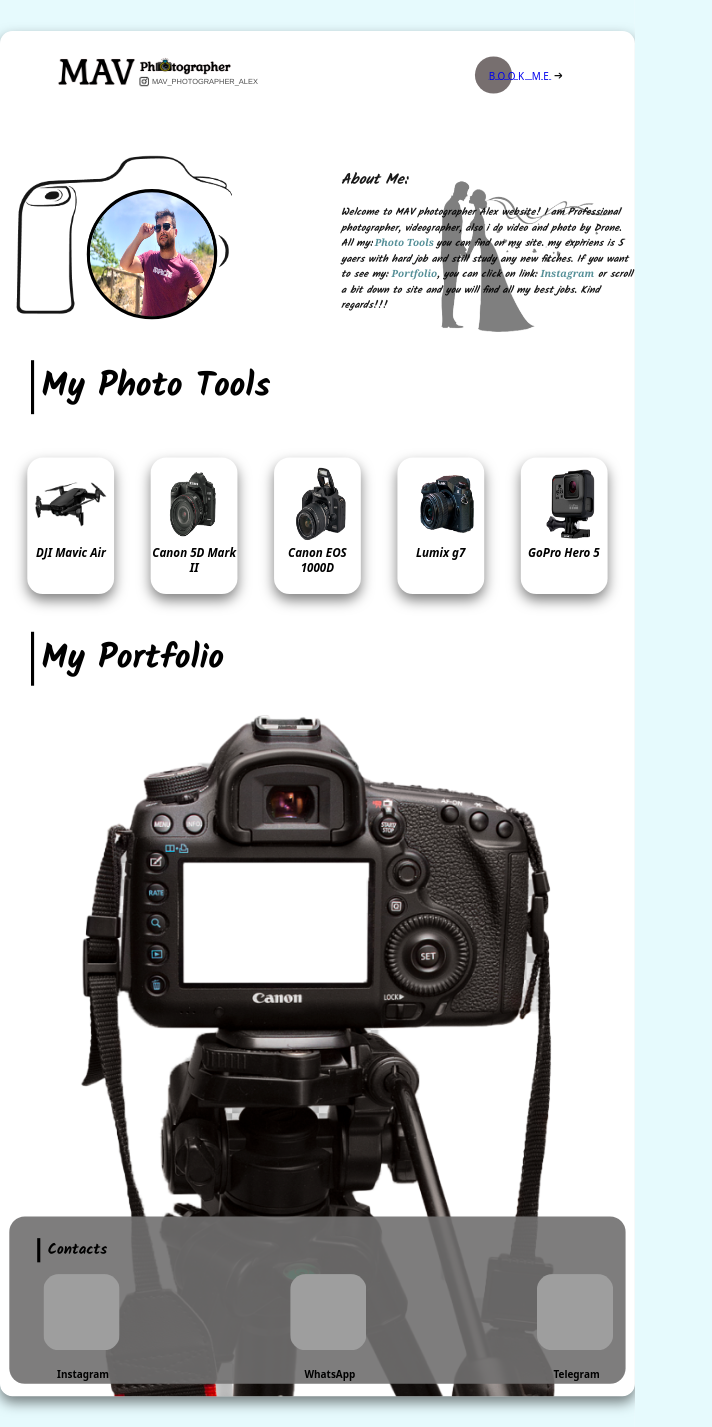
Repository: Dekabrist94/MAV
Page: /
The author's editor kept a copy of each file at every save. The page is drawn from the files as they stood at one save, then again after the next save.
The browser window is 1024 px wide. The page is 1024 px wide, then 1148 px, so the pictures cover 1148 px, including what lies to the right of the window. The pictures show the whole page, at 62% of full size.
Pictures or frames that could not be fetched are drawn as grey boxes. The project was rebuilt for these pictures with package versions that can differ from the ones it lists, and the page was loaded fresh each time.

Above is the page before, as saved 2023-03-27 22:32:17.

### public/index.html
<!DOCTYPE html>
<html lang="en">
  <head>
    <meta charset="utf-8" />
    <!-- <link rel="icon" href="%PUBLIC_URL%/favicon.ico" /> -->
    <meta name="viewport" content="width=device-width, initial-scale=1" />
    <meta name="theme-color" content="#000000" />
    <meta name="description" content="Web site created using create-react-app" />
    <!-- <link rel="apple-touch-icon" href="%PUBLIC_URL%/logo192.png" /> -->
    <!--
      manifest.json provides metadata used when your web app is installed on a
      user's mobile device or desktop. See https://developers.google.com/web/fundamentals/web-app-manifest/
    -->
    <!-- <link rel="manifest" href="%PUBLIC_URL%/manifest.json" /> -->
    <!--
      Notice the use of %PUBLIC_URL% in the tags above.
      It will be replaced with the URL of the `public` folder during the build.
      Only files inside the `public` folder can be referenced from the HTML.

      Unlike "/favicon.ico" or "favicon.ico", "%PUBLIC_URL%/favicon.ico" will
      work correctly both with client-side routing and a non-root public URL.
      Learn how to configure a non-root public URL by running `npm run build`.
    -->
    <title>React App</title>
  </head>
  <body>
    <noscript>You need to enable JavaScript to run this app.</noscript>
    <div id="root"></div>
    <!--
      This HTML file is a template.
      If you open it directly in the browser, you will see an empty page.

      You can add webfonts, meta tags, or analytics to this file.
      The build step will place the bundled scripts into the <body> tag.

      To begin the development, run `npm start` or `yarn start`.
      To create a production bundle, use `npm run build` or `yarn build`.
    -->
  </body>
</html>

### src/index.js
import React from 'react';
import ReactDOM from 'react-dom/client';
import './index.scss';
import App from './App';
import reportWebVitals from './reportWebVitals';

const root = ReactDOM.createRoot(document.getElementById('root'));
root.render(
  <React.StrictMode>
    <App />
  </React.StrictMode>,
);

// If you want to start measuring performance in your app, pass a function
// to log results (for example: reportWebVitals(console.log))
// or send to an analytics endpoint. Learn more: https://bit.ly/CRA-vitals
reportWebVitals();

### src/index.scss
@font-face {
  font-family: Kalam;
  src: url(../src/components/fonts/Kalam-Bold.ttf);
}

.aboutLinks {
  color: rgb(68, 132, 141);
  text-decoration: none;
  font-family: Georgia, 'Times New Roman', Times, serif;
  transition: all 0.3s ease;
}

.aboutLinks:hover {
  color: rgb(235, 17, 82);
  text-decoration: none;
  font-family: Georgia, 'Times New Roman', Times, serif;
}

body {
  position: relative;
  margin: 0;
  font-family: system-ui;
  -webkit-font-smoothing: antialiased;
  -moz-osx-font-smoothing: grayscale;
  background-color: rgb(12, 213, 240, 0.1);
}

.wrapper {
  background: #ffffff;
  box-shadow: 0px 10px 20px rgba(0, 0, 0, 0.5);
  border-radius: 20px;
  max-width: 1080px;
  margin: 50px auto;
}

header {
  padding: 40px;
  margin: 50px;
  display: flex;
  justify-content: space-between;
}

img {
  margin-right: 5px;
  user-select: none;
}

.headerLeft {
  display: flex;
  align-items: center;
  user-select: none;
}

.underLogoLink {
  color: black;
  opacity: 70%;
  font-family: 'Franklin Gothic Medium', 'Arial Narrow', Arial, sans-serif;
  text-decoration: none;
  transition: all 0.2s ease-in-out;
  text-transform: uppercase;
  font-size: 12px;
  user-select: none;
}
.underLogoLink:hover {
  opacity: 100%;
}
.instaLink {
  display: flex;
  margin-top: -3px;
  align-items: center;
}

.bookMe {
  margin-top: 20px;
}

h3,
p {
  margin: 0;
}

.aboutMe {
  position: relative;
  margin: 0 auto;
  justify-content: space-between;
  display: flex;
  align-items: center;
  padding-left: 550px;
}

.bride {
  opacity: 0.5;
  position: absolute;

  top: 30px;

  left: 700px;

  user-select: none;
}

.textAboutCenter {
  text-align: left;
  font-style: italic;
}
.textAbout {
  z-index: 5;
  text-align: left;
  font-style: italic;
  font-family: 'Kalam';
  opacity: 0.9;
  display: inline;
}

.camera {
  top: 0px;
  left: -50px;
  position: absolute;
}
.avatar {
  left: 140px;
  top: 75px;
  position: absolute;
  border-radius: 50%;
  border: 5px black solid;
  z-index: 9;
  transition: all 0.4s ease-in-out;
}
.avatar:hover {
  transform: scale(1.03);
}

.cardContainer {
  display: flex;
  padding: 15px;
}
.card {
  height: 220px;
  width: 140px;
  margin: 0 auto;
  transition: all 0.2s ease-in-out;
  &:hover {
    transform: translateY(-5px);
  }
}

.cardBorder {
  border-radius: 25px;
  box-shadow: 0px 10px 20px rgba(0, 0, 0, 0.5);
}

.cardStyle {
  padding-top: 15px;
  text-align: center;
}

.CaptionTools {
  font-family: 'Kalam';
  margin-left: 50px;
  font-size: 55px;
  padding-left: 12px;
  border-left: 5px rgb(0, 0, 0) solid;
}

.captionPortfolio {
  font-family: 'Kalam';
  margin-left: 50px;
  font-size: 55px;
  padding-left: 12px;
  border-left: 5px rgb(0, 0, 0) solid;
}

.mainCamera {
  margin: 0 auto;
  align-items: center;
  display: flex;
}

.cameraSlider {
  margin: 0 auto;
  z-index: 2;
}

.contContainer {
  position: relative;
  margin: 0px 15px auto;
}

.background {
  position: absolute;
  background: rgba(112, 111, 111, 0.9);
  width: 100%;
  height: 270px;
  margin: -290px auto;
  z-index: 3;
  border-radius: 25px;
}

.qr {
  padding: 15px;
}

.contCaption {
  font-family: 'Kalam';
  margin-left: 30px;
  border-left: 5px rgb(0, 0, 0) solid;
  padding-left: 12px;
}

.contacts {
  display: flex;
  align-items: center;
  justify-content: space-between;
}

li {
  list-style-type: none;
  z-index: 5;
}

.qrcode {
  border-radius: 25px;
  transition: all 0.3s ease;
}

.qrcode:hover {
  transform: scale(1.1);
  transition: all 0.3s ease;
}

::-webkit-scrollbar {
  width: 5px;
  /* 1 - вертикальный скроллбар */
}

::-webkit-scrollbar:horizontal {
  height: 5px; /* 1 - горизонтальный скроллбар */
}

::-webkit-scrollbar-button {
  background: #787978; /* 2 - кнопка */
}

::-webkit-scrollbar-track {
  background: #787978; /* 3 - трек */
}

::-webkit-scrollbar-track-piece {
  background: #787978; /* 4 – видимая часть трека */
}

::-webkit-scrollbar-thumb {
  background: #0f8c9c;
  border-radius: 25px;
  -webkit-box-shadow: inset 0 0 6px rgba(0, 0, 0, 0.3); /* 5 - ползунок */
}

### src/App.js
import { Header } from './pages/Header';
import { PhotoTools } from './pages/PhotoTools';
import { AboutMe } from './pages/AboutMe';
import { Portfolio } from './pages/Portfolio';
import { Contacts } from './pages/Contacts';
function App() {
  return (
    <div className="wrapper">
      <Header />
      <AboutMe />
      <PhotoTools />
      <Portfolio />
      <Contacts />
    </div>
  );
}

export default App;

### src/pages/Header.jsx
import PHOTOGRAPHER from '../assets/img/photographer.png';
import InstaLogo from '../assets/img/instagram.png';
import MAV from '../assets/img/MAV.png';
import '../index.scss';
import { CustomButton } from '../components/button UI';
import React from 'react';
import '../components/media/media.css';
export const Header = () => {
  return (
    <header>
      <div className="headerLeft">
        <img className="headerImg" width={130} height={50} src={MAV} alt="logo" />
        <div className="headerInfo">
          <img className="headerImgLogo" width={150} height={30} src={PHOTOGRAPHER} alt="logo" />
          <div className="instaLink">
            <img className="headerImgLogo" width={15} height={15} src={InstaLogo} alt="Instagram" />
            <a
              href="https://www.instagram.com/mav_photographer_alex/?igshid=YmMyMTA2M2Y%3D"
              className="underLogoLink">
              mav_photographer_alex
            </a>
          </div>
        </div>
      </div>
      <div className="bookMe">
        <CustomButton text="BOOK ME" style="link" />
      </div>
    </header>
  );
};

### src/pages/PhotoTools.jsx
import Drone from '../assets/img/mavicAir.png';
import Mark from '../assets/img/5dmark.png';
import CanonD from '../assets/img/1000d.png';
import Lumix from '../assets/img/lumix.png';
import Hero5 from '../assets/img/hero5.png';
import React from 'react';
import '../index.scss';
import '../components/media/media.css';
export const PhotoTools = () => {
  return (
    <section className="PhotoTools">
      <aside>
        <h1 className="CaptionTools">My Photo Tools</h1>
      </aside>
      <div className="cardContainer">
        <div className="card cardBorder">
          <img className="cardStyle" width={140} height={120} src={Drone} alt="card" />
          <i className="cardStyle">
            <h3>DJI Mavic Air</h3>
          </i>
        </div>
        <div className="card cardBorder">
          <img className="cardStyle" width={140} height={120} src={Mark} alt="card" />
          <i className="cardStyle">
            <h3>Canon 5D Mark II</h3>
          </i>
        </div>
        <div className="card cardBorder">
          <img className="cardStyle" width={160} height={120} src={CanonD} alt="card" />
          <i className="cardStyle">
            <h3>Canon EOS 1000D</h3>
          </i>
        </div>
        <div className="card cardBorder">
          <img className="cardStyle" width={160} height={120} src={Lumix} alt="card" />
          <i className="cardStyle">
            <h3>Lumix g7</h3>
          </i>
        </div>
        <div className="card cardBorder">
          <img className="cardStyle" width={160} height={120} src={Hero5} alt="card" />
          <i className="cardStyle">
            <h3>GoPro Hero 5</h3>
          </i>
        </div>
      </div>
    </section>
  );
};

### src/pages/AboutMe.jsx
import React from 'react';
import '../index.scss';
import Camera from '../assets/img/camera.png';
import AVATAR from '../assets/img/AVATAR.jpg';
import Bride from '../assets/img/bride.png';
import '../components/media/media.css';
export const AboutMe = () => {
  return (
    <section className="aboutMe">
      <div className="aboutImg">
        <img className="avatar" width={200} height={200} src={AVATAR} alt="AVATAR" />
        <img className="camera" width={500} height={302} src={Camera} alt="Camera" />
      </div>

      <h4 className="textAbout">
        <h1 className="textAboutCenter">About Me:</h1> Welcome to MAV photographer Alex website! I
        am Professional photographer, videographer, also i do video and photo by Drone. All my:
        <a className="aboutLinks" href="#">
          {' '}
          Photo Tools{' '}
        </a>
        you can find on my site. my expiriens is 5 yaers with hard job and still study any new
        fitches. If you want to see my:{' '}
        <a className="aboutLinks" href="#">
          {' '}
          Portfolio
        </a>
        , you can click on link:{' '}
        <a className="aboutLinks" href="#">
          Instagram
        </a>{' '}
        or scroll a bit down to site and you will find all my best jobs. Kind regards!!!
      </h4>

      <div className="brideContainer">
        <img className="bride" width={320} height={350} src={Bride} alt="Bride" />
      </div>
    </section>
  );
};

### src/pages/Portfolio.jsx
import '../index.scss';
import React from 'react';
import mainCamera from '../assets/img/mainCamera.png';
import '../components/media/media.css';
export const Portfolio = () => {
  return (
    <section className="Portfolio">
      <h1 className="captionPortfolio">My Portfolio</h1>
      <div className="slider">
        <div className="mainCamera">
          <img className="cameraSlider" width={800} height={1100} src={mainCamera} />
        </div>
      </div>
    </section>
  );
};

### src/pages/Contacts.jsx
import '../index.scss';
import React from 'react';
import '../components/media/media.css';
export const Contacts = () => {
  return (
    <section className="contContainer">
      <div className="background">
        <div className="qr">
          <h1 className="contCaption">Contacts</h1>
          <ul className="contacts">
            <li>
              <a href="https://www.instagram.com/palazzagofotografo/" target="_blank">
                <img
                  className="qrcode"
                  src="http://qrcoder.ru/code/?https%3A%2F%2Fwww.instagram.com%2Fpalazzagofotografo%2F&3&0"
                  width="123"
                  height="123"
                  title="Instagram QR Code"
                />
              </a>
              <h4 align="center">Instagram</h4>
            </li>
            <li>
              <a href="https://wa.me/+393519741841" target="_blank">
                <img
                  className="qrcode"
                  src="http://qrcoder.ru/code/?https%3A%2F%2Fwa.me%2F%2B393519741841&3&0"
                  width="123"
                  height="123"
                  title="WhatsApp QR Code"
                />
              </a>
              <h4 align="center">WhatsApp</h4>
            </li>
            <li>
              <a href="https://t.me/mavphotographeralex" target="_blank">
                <img
                  className="qrcode"
                  src="http://qrcoder.ru/code/?https%3A%2F%2Ftelegram.me%2F%40mavphotographer&4&0"
                  width="123"
                  height="123"
                  title="Telegram QR Code"
                />
              </a>
              <h4 align="center">Telegram</h4>
            </li>
          </ul>
        </div>
      </div>
    </section>
  );
};

### src/components/button UI/index.jsx
import styles from './Button.module.css';
import React from 'react';

export const CustomButton = ({ type, text, link, style }) => {
  if (style === 'btn') {
    return (
      <button className={`${styles.button} ${styles.buttonBtn}`} type={type}>
        <span>{text}</span>
        <svg width="13px" height="10px" viewBox="0 0 13 10">
          <path d="M1,5 L11,5"></path>
          <polyline points="8 1 12 5 8 9"></polyline>
        </svg>
      </button>
    );
  } else if (style === 'link') {
    return (
      <a
        href="https://wa.me/+393519741841"
        className={`${styles.button} ${styles.buttonLink}`}
        target="_blank"
        rel="noreferrer">
        <span>{text}</span>
        <svg width="13px" height="10px" viewBox="0 0 13 10">
          <path d="M1,5 L11,5"></path>
          <polyline points="8 1 12 5 8 9"></polyline>
        </svg>
      </a>
    );
  }
  return <button>{text}</button>;
};

### src/components/media/media.css
@media (max-width: 1440px) {
  .wrapper {
    max-width: 1024px;
  }
}

### src/components/button UI/Button.module.css
.button {
  position: relative;
  margin: auto;
  padding: 19px 22px;
  transition: all 0.2s ease;
  cursor: pointer;
}
.button:before {
  content: '';
  position: absolute;
  top: 0;
  left: 0;
  display: block;
  border-radius: 50%;

  width: 60px;
  height: 60px;
  transition: all 0.5s ease;
}
.buttonLink:before {
  background: rgb(119, 111, 111);
}
.buttonBtn:before {
  background: rgba(255, 165, 45, 0.5);
}
.button span {
  position: relative;
  font-size: 16px;
  line-height: 18px;
  font-weight: 400;
  letter-spacing: 4px;
  text-transform: uppercase;
  vertical-align: middle;
  transition: color 0.5s ease;
}
.button:hover span {
  color: #fff;
}
.button svg {
  position: relative;
  top: 0;
  margin-left: 10px;
  fill: none;
  stroke-linecap: round;
  stroke-linejoin: round;
  stroke: #111;
  stroke-width: 2;
  transform: translateX(-5px);
  transition: all 0.5s ease;
}
.button:hover:before {
  width: 100%;
  border-radius: 50px;
}
.buttonLink:hover:before {
  background: black;
}
.buttonBtn:hover:before {
  background: rgb(255, 165, 45);
}
.button:hover svg {
  transform: translateX(0);
  stroke: #fff;
}
.button:active {
  transform: scale(0.96);
}

Loaded but not shown: src/reportWebVitals.js (common file)

After the next save:
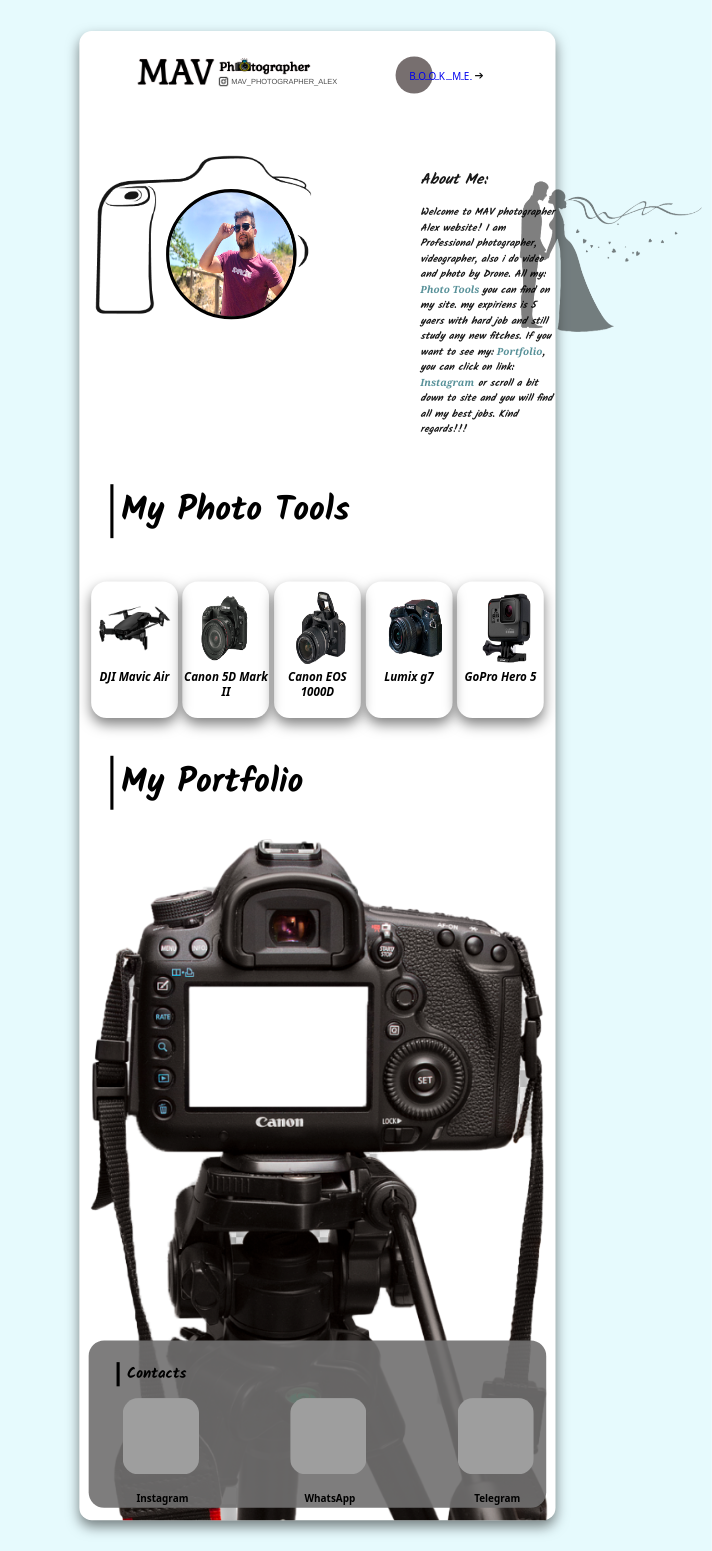
Saved 36 s later.
--- a/src/components/media/media.css
+++ b/src/components/media/media.css
@@ -3,3 +3,9 @@
     max-width: 1024px;
   }
 }
+
+@media (max-width: 1024px) {
+  .wrapper {
+    max-width: 768px;
+  }
+}
